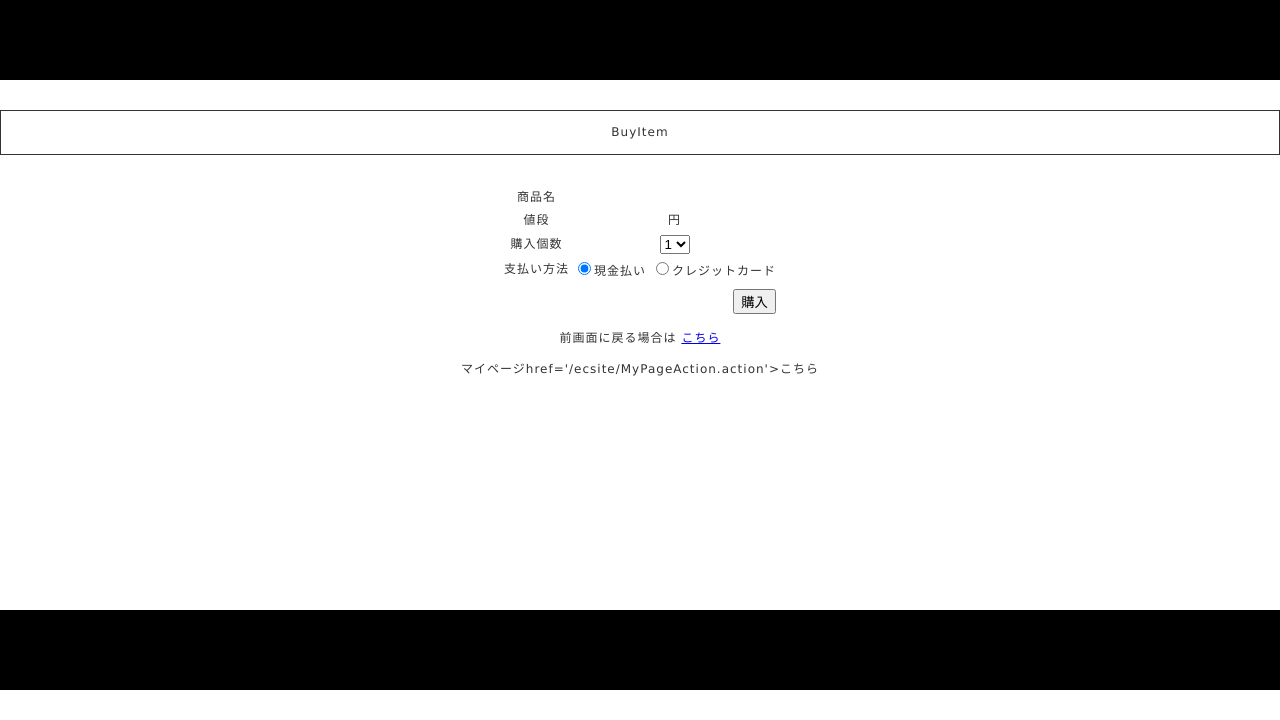
Repository: hirose0320/test
Page: http://localhost/ecsite/buyItem.jsp
These files come from the project's save history. The page is drawn as it stood at one moment and after the next save; the edit follows.
The browser window is 1280 px wide. The pictures show the whole page.
The page is served by Tomcat 9.

Above is the page before, as saved 2019-02-27 04:24:59.

After the next save:
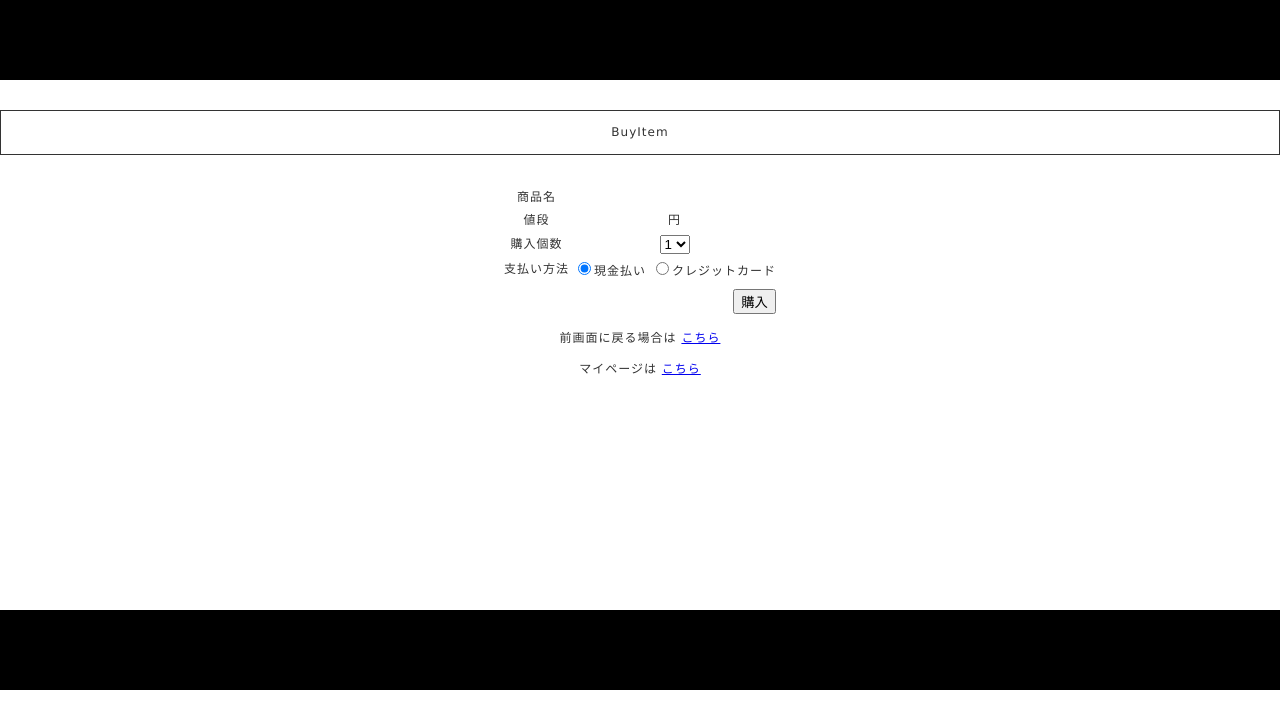
Saved 10 s later.
--- a/ecsite/WebContent/buyItem.jsp
+++ b/ecsite/WebContent/buyItem.jsp
@@ -101,7 +101,7 @@
 					前画面に戻る場合は <a href='<s:url action="GoHomeAction"/>'>こちら</a>
 				</p>
 				<p>
-					マイページhref='<s:url action="MyPageAction"/>'>こちら</a>
+					マイページは <a href='<s:url action="MyPageAction"/>'>こちら</a>
 				</p>
 			</div>
 		</div>
